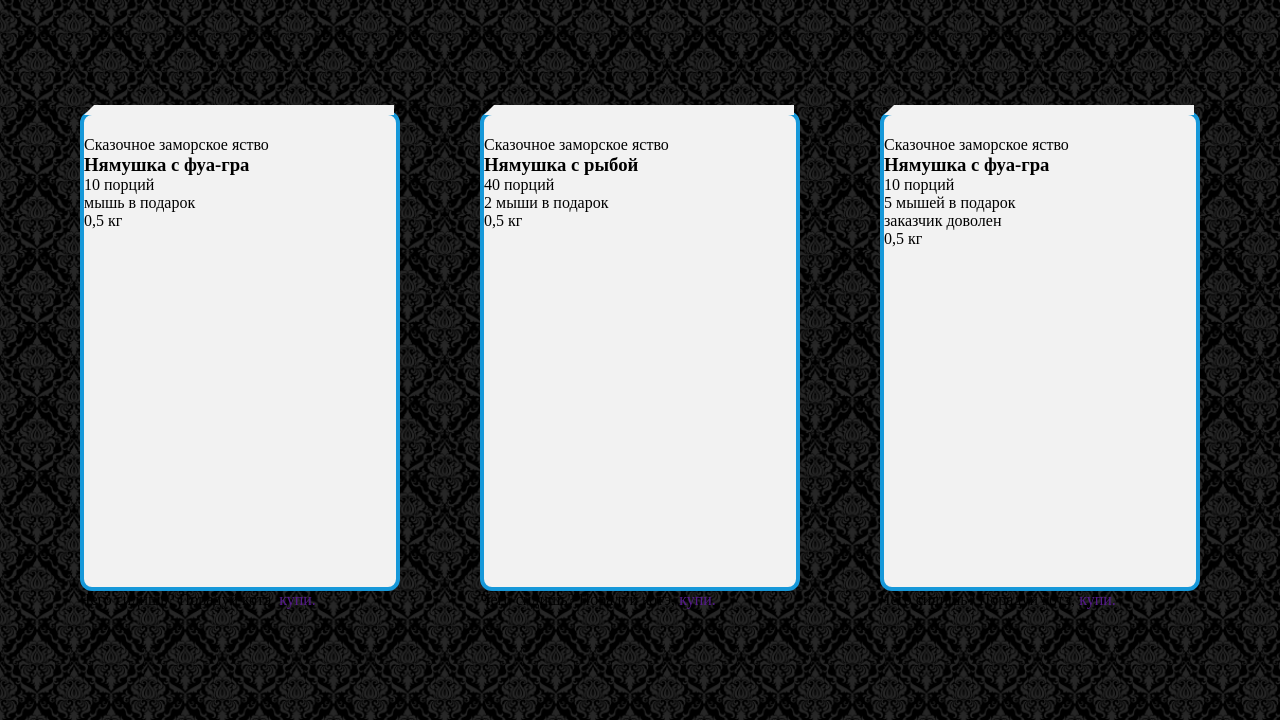
Repository: acbukka/tech-qt
Page: index.html
These files come from the project's save history. The page is drawn as it stood at one moment and after the next save; the edit follows.
The browser window is 1280 px wide. The pictures show the whole page.

Above is the page before, as saved 2022-06-17 16:27:09.

### index.html
<!DOCTYPE html>
<html lang="en">

<head>
  <meta charset="UTF-8">
  <meta http-equiv="X-UA-Compatible" content="IE=edge">
  <meta name="viewport" content="width=device-width, initial-scale=1.0">
  <title>Template</title>
  <link rel="stylesheet" href="./src/style.css">
</head>

<body class="body">

  <main class="main">
    <div class="container">
      <div class="cards-wrapper">

        <div class="card-inner">
          <div class="card-item">
            <p class="card-item__pre-title">
              Сказочное заморское яство
            </p>
            <h3 class="card-item__title">
              Нямушка
              <span class="card-item__title-span">
                с фуа-гра
              </span>
            </h3>
            <ul class="card-item__pref-list">
              <li class="card-item__pref">
                <span class="card-item__pref-span">10</span> порций
              </li>
              <li class="card-item__pref">
                <span class="card-item__pref-span"></span>мышь в подарок
              </li>
            </ul>
            <div class="card-item__price">0,5 кг</div>
          </div>
          <p class="card-inner__info">
            Чего сидишь? Порадуй котэ, <a href="" class="card-inner__info-link">купи.</a>
          </p>
        </div>

        <div class="card-inner">
          <div class="card-item">
            <p class="card-item__pre-title">
              Сказочное заморское яство
            </p>
            <h3 class="card-item__title">
              Нямушка
              <span class="card-item__title-span">
                с рыбой
              </span>
            </h3>
            <ul class="card-item__pref-list">
              <li class="card-item__pref">
                <span class="card-item__pref-span">40</span> порций
              </li>
              <li class="card-item__pref">
                <span class="card-item__pref-span">2</span> мыши в подарок
              </li>
            </ul>
            <div class="card-item__price">0,5 кг</div>
          </div>
          <p class="card-inner__info">
            Чего сидишь? Порадуй котэ, <a href="" class="card-inner__info-link">купи.</a>
          </p>
        </div>

        <div class="card-inner">
          <div class="card-item">
            <p class="card-item__pre-title">
              Сказочное заморское яство
            </p>
            <h3 class="card-item__title">
              Нямушка
              <span class="card-item__title-span">
                с фуа-гра
              </span>
            </h3>
            <ul class="card-item__pref-list">
              <li class="card-item__pref">
                <span class="card-item__pref-span">10</span> порций
              </li>
              <li class="card-item__pref">
                <span class="card-item__pref-span">5</span> мышей в подарок
              </li>
              <li class="card-item__pref">
                заказчик доволен
              </li>
            </ul>
            <div class="card-item__price">0,5 кг</div>
          </div>
          <p class="card-inner__info">
            Чего сидишь? Порадуй котэ, <a href="" class="card-inner__info-link">купи.</a>
          </p>
        </div>

      </div>
    </div>
  </main>

</body>

</html>

### src/style.css
html {
  -webkit-box-sizing: border-box;
  box-sizing: border-box;
  scroll-behavior: smooth;
}

*,
*::after,
*::before {
  -webkit-box-sizing: inherit;
  box-sizing: inherit;
  -webkit-tap-highlight-color: transparent;
}

ul[class],
ol[class] {
  padding: 0;
}

body,
h1,
h2,
h3,
h4,
h5,
h6,
p,
ul[class],
ol[class],
li,
figure,
figcaption,
blockquote,
dl,
dd {
  margin: 0;
}

ul[class] {
  list-style: none;
}

img {
  max-width: 100%;
  display: block;
}

input,
button,
textarea,
select {
  font: inherit;
}

a {
  text-decoration: none;
}

.body {
  background-image: url(../assets/Pattern.jpg);
  background-repeat: no-repeat;
  background-size: cover;
}

.main {
  height: 100vh;
  display: flex;
  align-items: center;
}

.container {
  margin-top: 50%;
  max-width: 1120px;
  margin: 0 auto;
}

.cards-wrapper {
  width: 1120px;
  display: flex;
  justify-content: space-between;
}

.card-item {
  /* overflow: hidden; */
  position: relative;
  width: 320px;
  height: 480px;
  background-color: #F2F2F2;
  border-top-left-radius: 20% 10%;
  /* border-bottom-left-radius: 20%; */
  border: 4px solid #1698D9;
  /* border-top-left-radius: 4px ; */
  /* border-left: 20px solid #1698D9; */
  border-radius: 12px;
  /* background: linear-gradient(-225deg, transparent 50px, #ddd 0); */
}

/* .card-item::before {
  content: "";
  position: absolute;
  width: 124.45px;
  height: 124.45px;
  background: transparent;
  overflow: hidden;
  left: -24.69%;
  right: 85.8%;
  top: -12.77%;
  bottom: 88.32%;
  border: 4px solid #1698D9;
  transform:  rotate(45deg);
} */

.card-item::before {
  content: "";
  display: block;
  position: absolute;
  bottom: 100%;
  left: 0;
  width:  310px; /* top element position*/
  height: 0;
  border-bottom: 10px solid #F2F2F2; /* height of top element */
  border-left: 10px solid transparent;
}

.cards-wrapper
.card-inner + .card-inner {
  margin-left: 5rem;
}

.card-item__pre-title {
  margin-top: 21px;
}

After the next save:
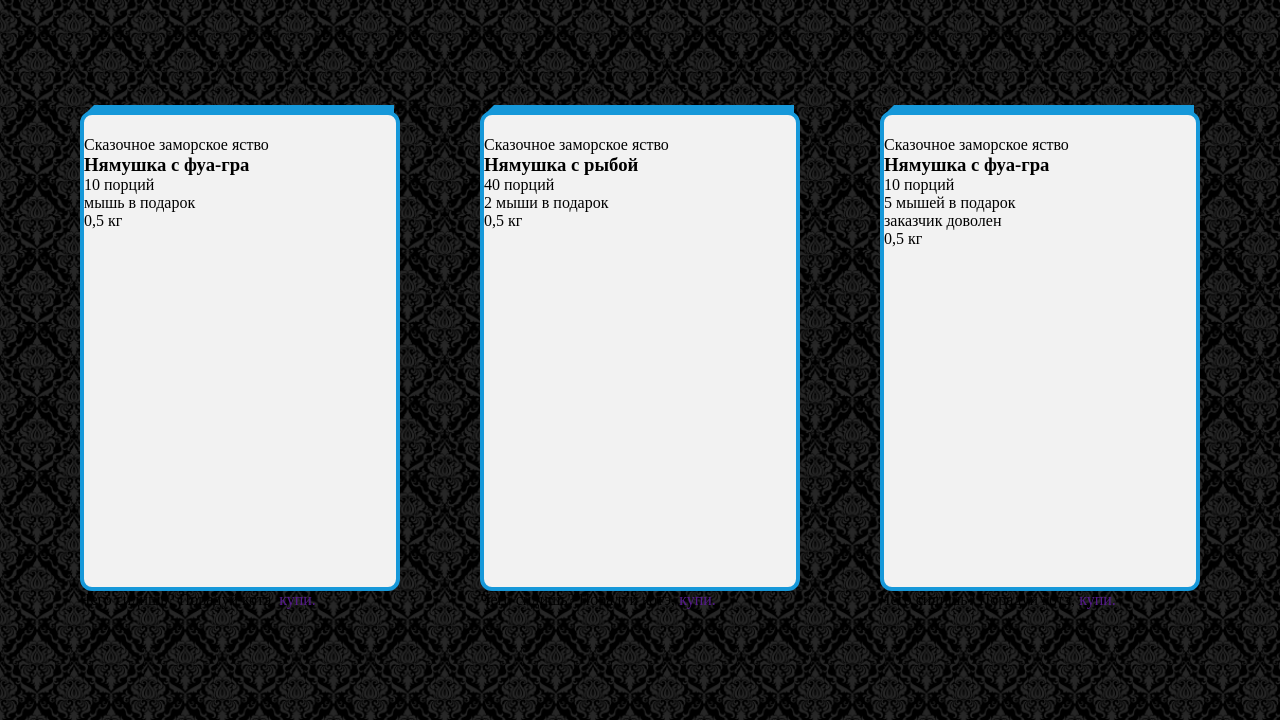
Saved 26 s later.
--- a/src/style.css
+++ b/src/style.css
@@ -119,6 +119,7 @@
   width:  310px; /* top element position*/
   height: 0;
   border-bottom: 10px solid #F2F2F2; /* height of top element */
+  border-bottom: 10px solid #1698D9; /* height of top element */
   border-left: 10px solid transparent;
 }
 
